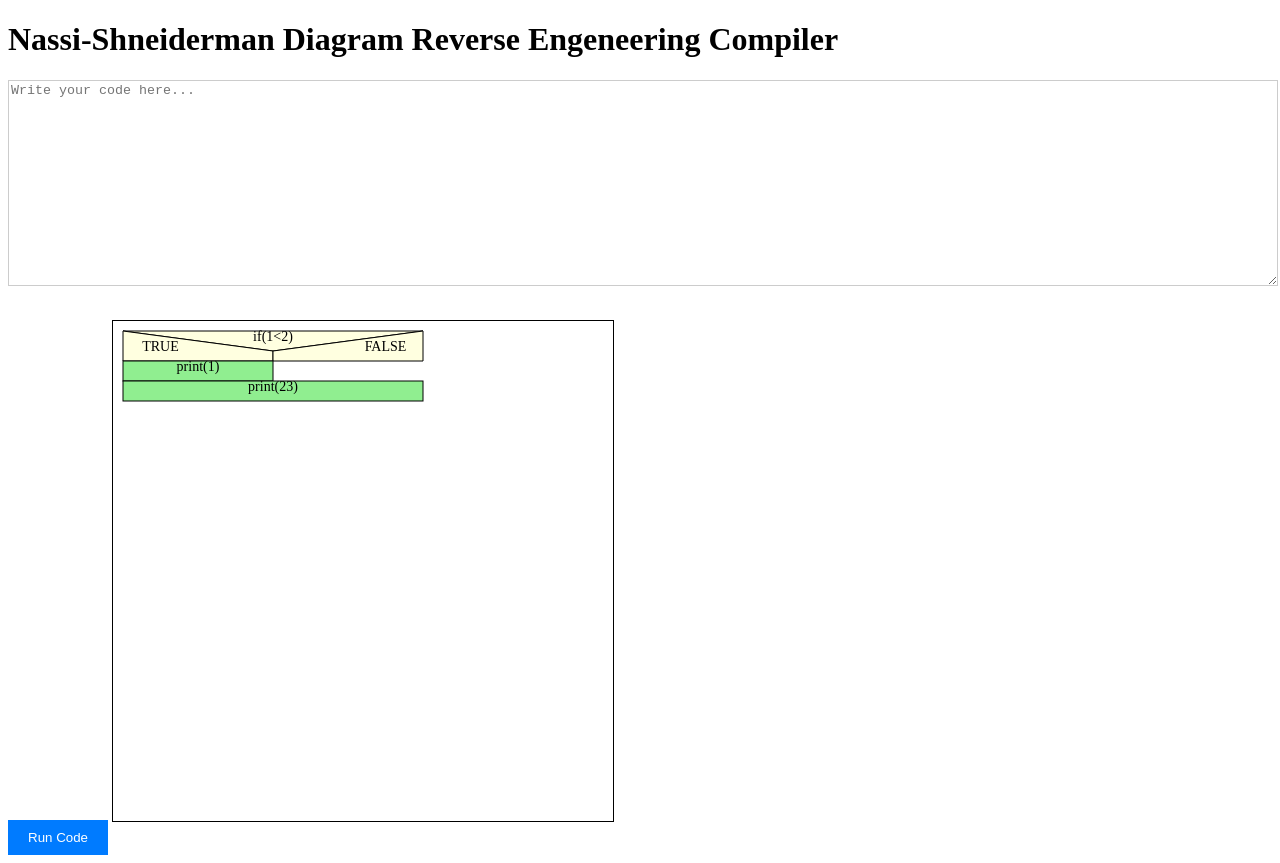
Repository: fabsch225/Nassi-Shneiderman-Compiler
Page: demo.html
The author's editor kept a copy of each file at every save. The page is drawn from the files as they stood at one save, then again after the next save.
The browser window is 1280 px wide. The pictures show the whole page.

Above is the page before, as saved 2024-05-15 23:46:29.

After the next save:
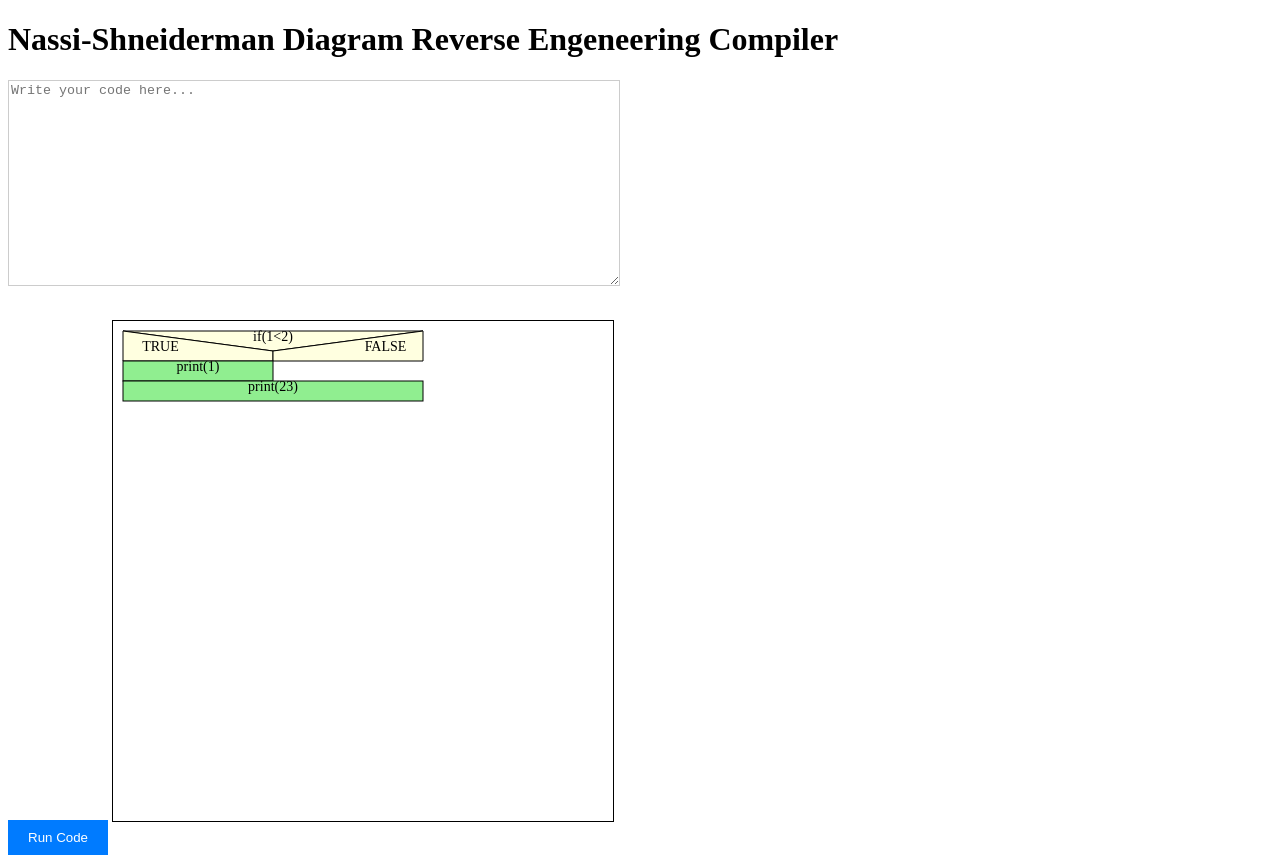
Saved 20 s later.
--- a/demo.html
+++ b/demo.html
@@ -37,10 +37,11 @@
 </head>
 <body>
 <h1>Nassi-Shneiderman Diagram Reverse Engeneering Compiler</h1>
-
+<div id="container">
 <textarea id="code-block" placeholder="Write your code here..."></textarea><br>
 <button id="code-button" onclick="runCode()">Run Code</button>
 <svg id="canvas" ></svg>
+</div>
 <script>
     var svgContainer = document.getElementById('canvas');
 
